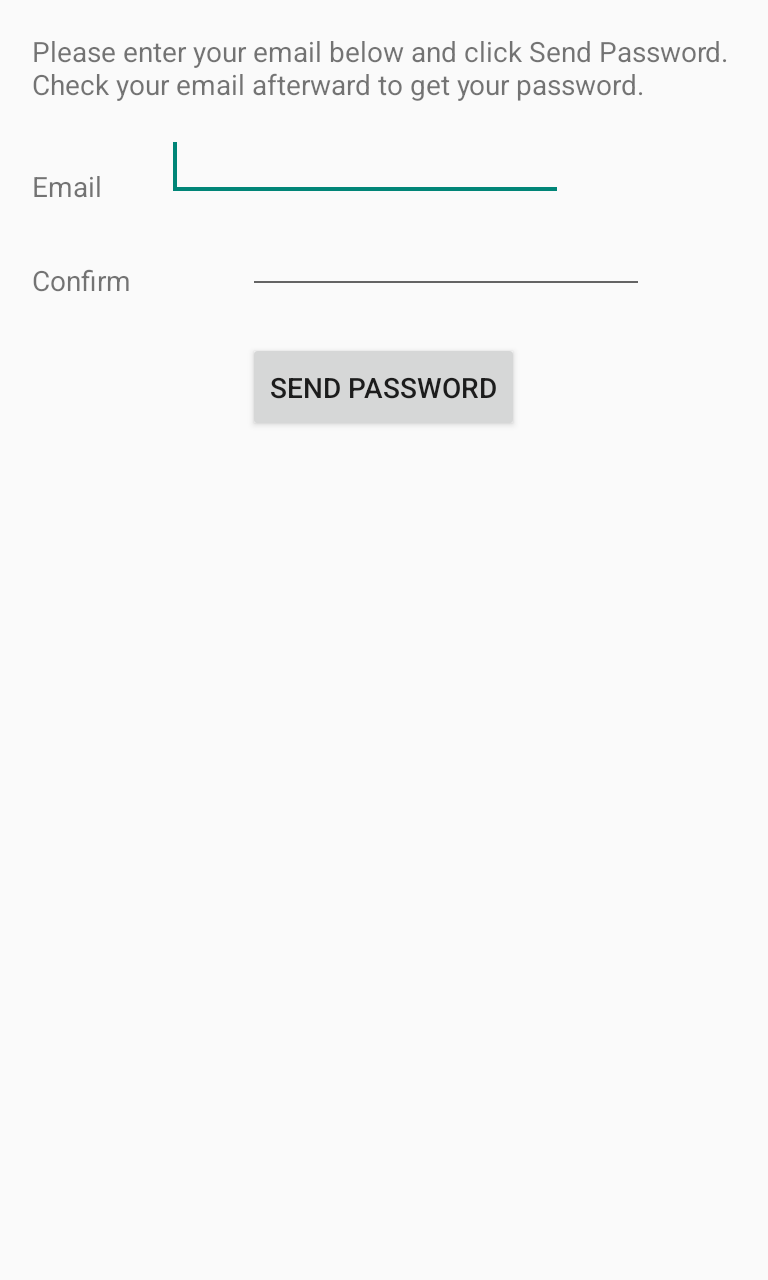
Repository: zerox2012/Fall2014Android
Layout: FishingBuddy/res/layout/activity_forgot_password.xml
These files come from the project's save history. The layout is drawn as it stood at one moment and after the next save; the edit follows.
It is drawn on a 768 x 1280 px phone screen (xhdpi) without system bars, with theme AppTheme; the app's code is not run.

Above is the layout before, as saved 2014-10-20 22:51:40.

After the next save:
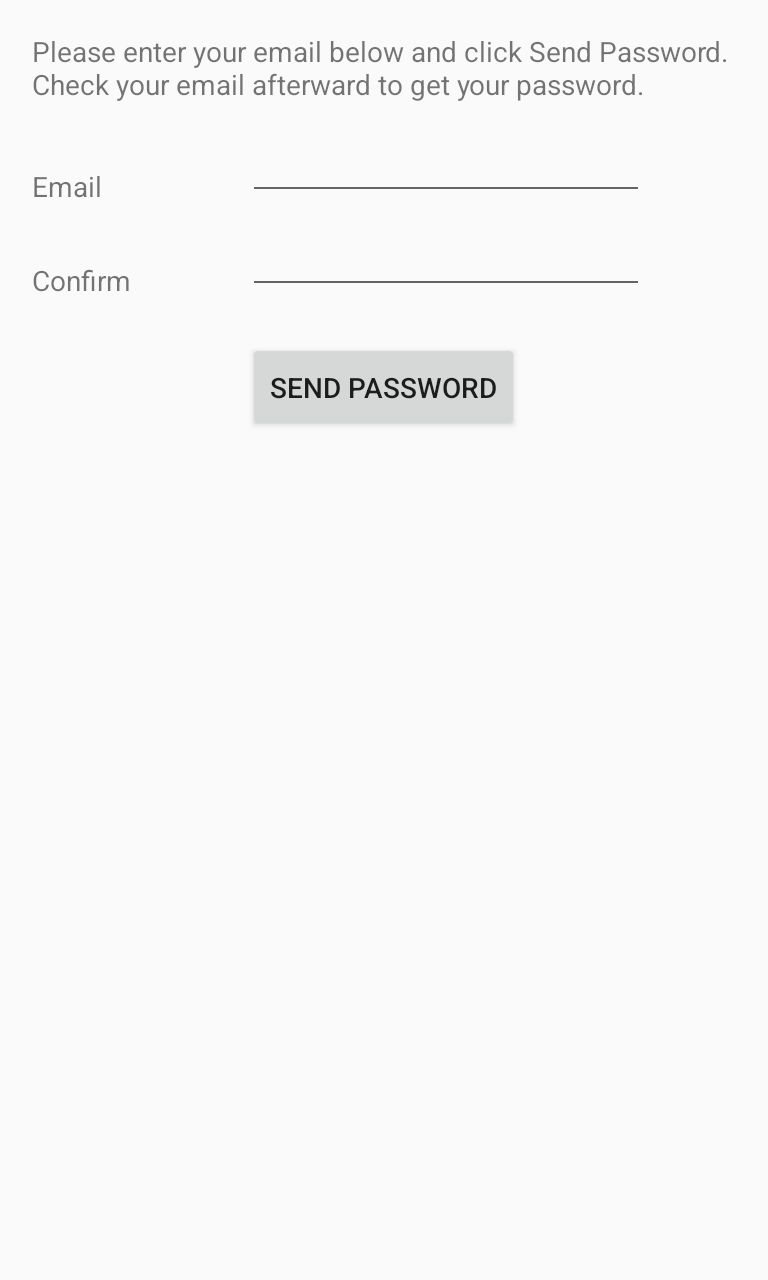
Saved 60 s later.
--- a/FishingBuddy/res/layout/activity_forgot_password.xml
+++ b/FishingBuddy/res/layout/activity_forgot_password.xml
@@ -41,18 +41,6 @@
         android:text="@string/label_send_password" />
 
     <EditText
-        android:id="@+id/email1"
-        android:layout_width="200dp"
-        android:layout_height="wrap_content"
-        android:layout_alignBottom="@+id/label_email"
-        android:layout_toRightOf="@+id/label_confirm_email"
-        android:ems="10"
-        android:inputType="textEmailAddress" >
-
-        <requestFocus />
-    </EditText>
-
-    <EditText
         android:id="@+id/email2"
         android:layout_width="200dp"
         android:layout_height="wrap_content"
@@ -61,4 +49,13 @@
         android:ems="10"
         android:inputType="textEmailAddress" />
 
+    <EditText
+        android:id="@+id/email1"
+        android:layout_width="200dp"
+        android:layout_height="wrap_content"
+        android:layout_above="@+id/label_confirm_email"
+        android:layout_alignLeft="@+id/email2"
+        android:ems="10"
+        android:inputType="textEmailAddress" />
+
 </RelativeLayout>
